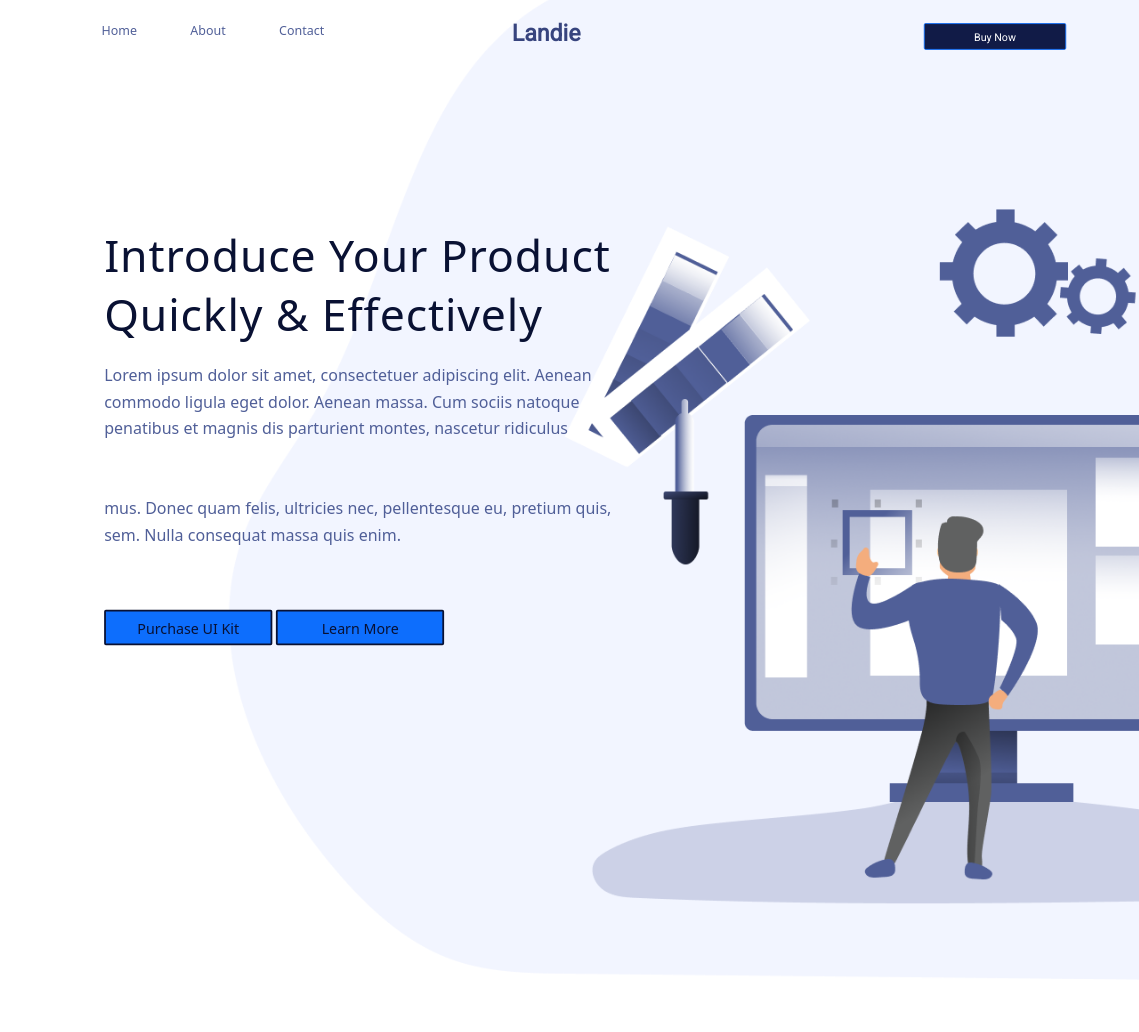
Repository: batonAnton/HW-Lec12-sass-pug
Page: index.html
The author's editor kept a copy of each file at every save. The page is drawn from the files as they stood at one save, then again after the next save.
The browser window is 1280 px wide. The pictures show the whole page, at 89% of full size.
The style sheet was rebuilt from its Sass, Less or Tailwind sources for each picture, by a compiler version that may differ from the author's.

Above is the page before, as saved 2022-07-29 16:02:18.

After the next save:
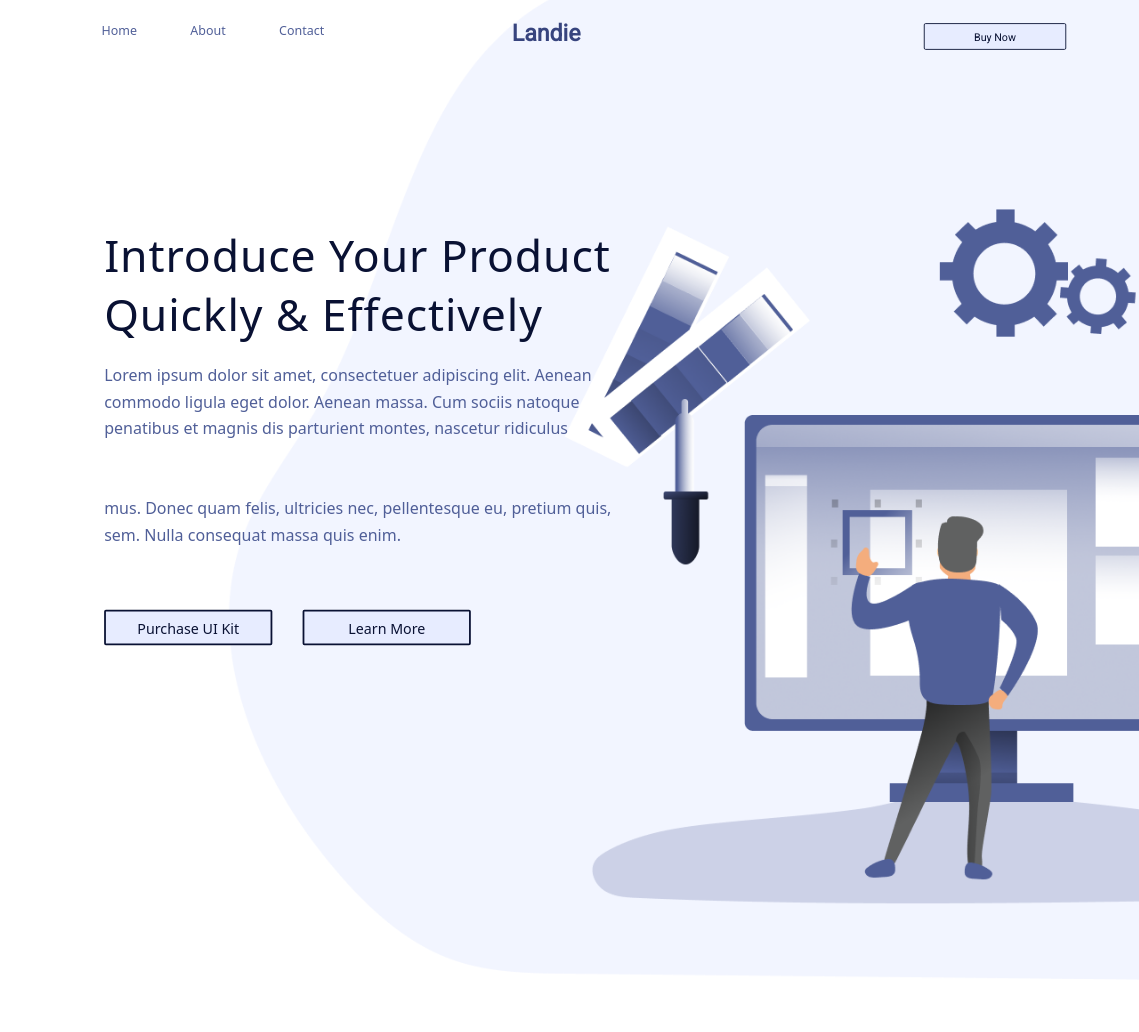
Saved 5 min 8 s later.
--- a/css/style.scss
+++ b/css/style.scss
@@ -59,13 +59,19 @@ header {
       font-weight: 500;
       font-size: 12px;
       line-height: 18px;
-      color: #FFFFFF;
       text-transform: capitalize;
-      background: #111b47;
+      color: #091133;
+        background: #E7ECFF;
       border-radius: 2px;
       width: 160px;
       height: 30px;
+      border: 1px solid #091133;
 
+    }
+    button:hover{
+        background-color: #111B47;
+        color: #FFFFFF;
+        transition: 1s;
     }
   }
 //   left-block header
@@ -99,7 +105,13 @@ header {
         font-size: 16px;
         line-height: 26px;
         color: #091133;
-
+        background: #E7ECFF;
+        margin-right: 30px;
+      }
+      button:hover{
+          background-color: #111B47;
+          color: #FFFFFF;
+          transition: 1s;
       }
   }
 }
